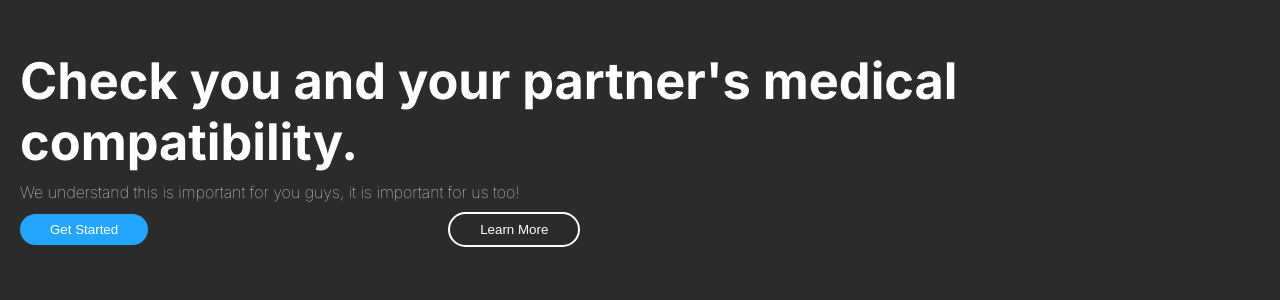
Repository: devhabeeblateef/tictactoe
Page: /
The author's editor kept a copy of each file at every save. The page is drawn from the files as they stood at one save, then again after a run of saves.
The browser window is 1280 px wide. The pictures show the whole page.
The project was rebuilt for these pictures with package versions that can differ from the ones it lists, and the page was loaded fresh each time. Also part of the build but not shown: src/App.css.

Above is the page before, as saved 2022-06-17 00:41:43.

### src/App.js
import logo from './logo.svg';
import './App.css';
import Home from './Home';

function App() {
  return (
    <div>
      <Home/>
    </div>
  );
}

export default App;

### src/Home.js
import React from 'react'
import classes from './Home.module.css'

function Home() {
  return (
    <div className={classes.home}>
    <h1 className={classes.home__header}>
        Check you and your partner's medical compatibility.
    </h1>
    <p className={classes.home__info}>
        We understand this is important for you guys, it
        is important for us too!
    </p>
    <div className={classes.button}>
        <button className={classes.button__one}><a href="index2.html">Get Started</a></button>
        <button className={classes.button__two}>
        Learn More</button>
    </div>
    </div>
  )
}

export default Home

### src/Home.module.css
@import url('https://fonts.googleapis.com/css2?family=Inter:wght@100;200;300;400;500;600;700;800;900&display=swap');

body
{
    background-color: #2b2b2b;
    color: #fff;
}

.home__header
{
    margin:50px 20px;
    font-size: 5ch;
    font-family: 'Inter', sans-serif;
    font-weight: bold;
}

.home__info
{
    font-family: 'Inter', sans-serif;
    font-weight: 100;
    margin: -40px 20px;
}

img
{
    width: 350px;
}

.button
{
    margin: 50px 20px;
}


.button__one
{
    background-color: #23A6FD;
    border-radius: 60px;
    border: none;
    padding:8px 30px;
    color: white;
    margin-right: 200px;
    font-family: 'Montserrat', sans-serif;
    cursor: pointer;
}

.button__two
{
    margin-left: 100px;
    background-color: transparent;
    border-radius: 60px;
    padding: 8px 30px;
    border: 2px solid #fff;
    color: white;
    font-family: 'Montserrat', sans-serif;
    cursor: pointer;
}

@media (max-width:400px){
.button__two
{
    margin: 20px 0;
    border-radius: 60px;

}
}

a
{
    color: #fff;
    text-decoration: none;
}

a:hover
{
    color: white;
}

Loaded but not shown: src/index.js (common file); src/index.css (common file); src/reportWebVitals.js (common file)

After the next 4 saves:
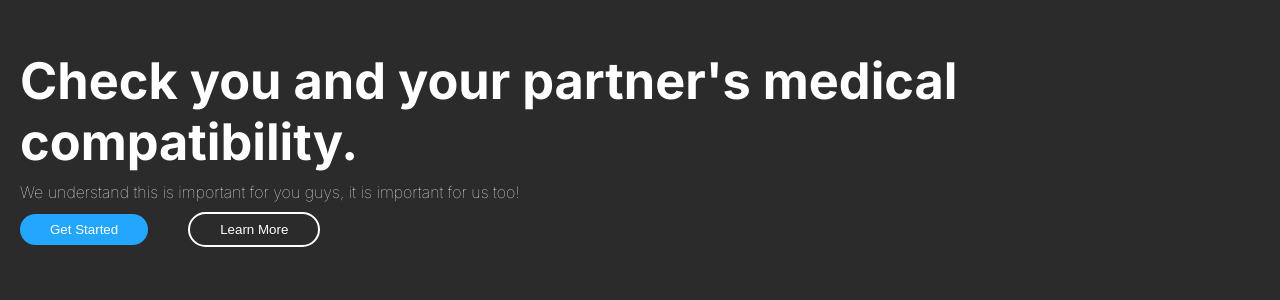
The 4 saves are shown as one change because they came seconds apart.
The last was saved 12 s later.
--- a/src/Home.module.css
+++ b/src/Home.module.css
@@ -39,14 +39,14 @@ img
     border: none;
     padding:8px 30px;
     color: white;
-    margin-right: 200px;
+    margin-right: 30px;
     font-family: 'Montserrat', sans-serif;
     cursor: pointer;
 }
 
 .button__two
 {
-    margin-left: 100px;
+    margin-left: 10px;
     background-color: transparent;
     border-radius: 60px;
     padding: 8px 30px;
